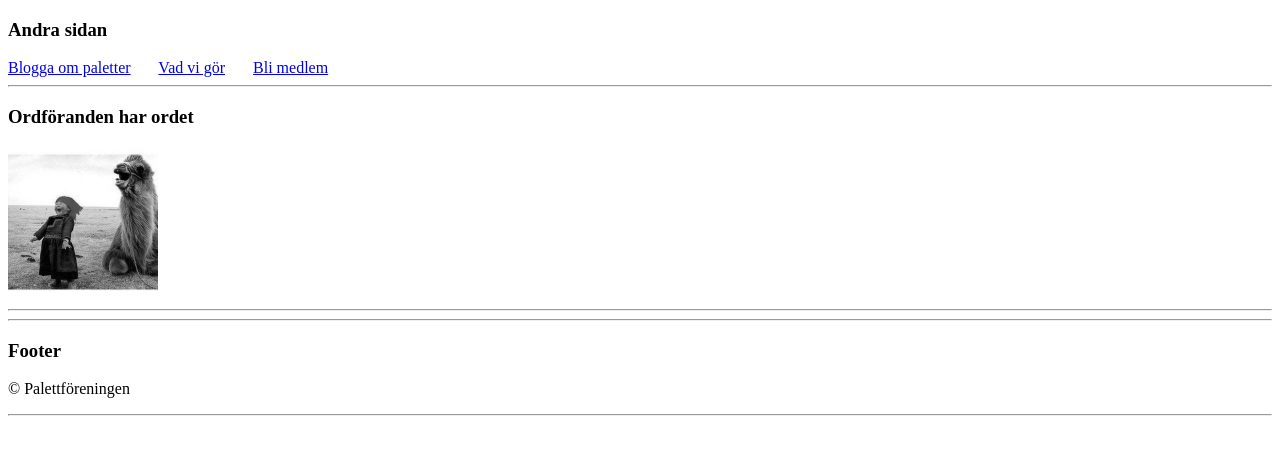
Repository: Webutveckling-20-21/Uppgift-1
Page: verksamheten.html
The author's editor kept a copy of each file at every save. The page is drawn from the files as they stood at one save, then again after a run of saves.
The browser window is 1280 px wide. The pictures show the whole page.

Above is the page before, as saved 2021-09-07 11:38:41.

### verksamheten.html
<!-- Här alla måsten i huvudet såsom språk och språkkodning mm -->
<!DOCTYPE html>
<html lang="sv">


<head>
    <meta charset="UTF-8">
    <meta name="viewport" content="width=device-width, initial-scale=1.0">
    <title>verksamheten</title>
</head>

<body>
    <header>
        <h3>Andra sidan</h3>
        <!-- Här läggs alla länkar-->
        <a href="blogg.html">Blogga om paletter</a>&nbsp;&nbsp;&nbsp;&nbsp;&nbsp;&nbsp;
        <a href="verksamheten.html">Vad vi gör</a>&nbsp;&nbsp;&nbsp;&nbsp;&nbsp;&nbsp;
        <a href="medlemskap.html">Bli medlem</a>
    </header>
    <hr>
    <main>
         <article>

            <h3>Ordföranden har ordet</h3>

            <img src="images/ordförande pa excursion.jpg" width="150" height="150" alt="Ordförande berättar." >
        </article>

    </main>
    <hr>
    <aside>






    </aside>
    <hr>
    <footer>

        <h3>Footer</h3>
        <p> &copy; Palettföreningen</p>
    </footer>
    <hr>


</body>

</html>

After the next 2 saves:
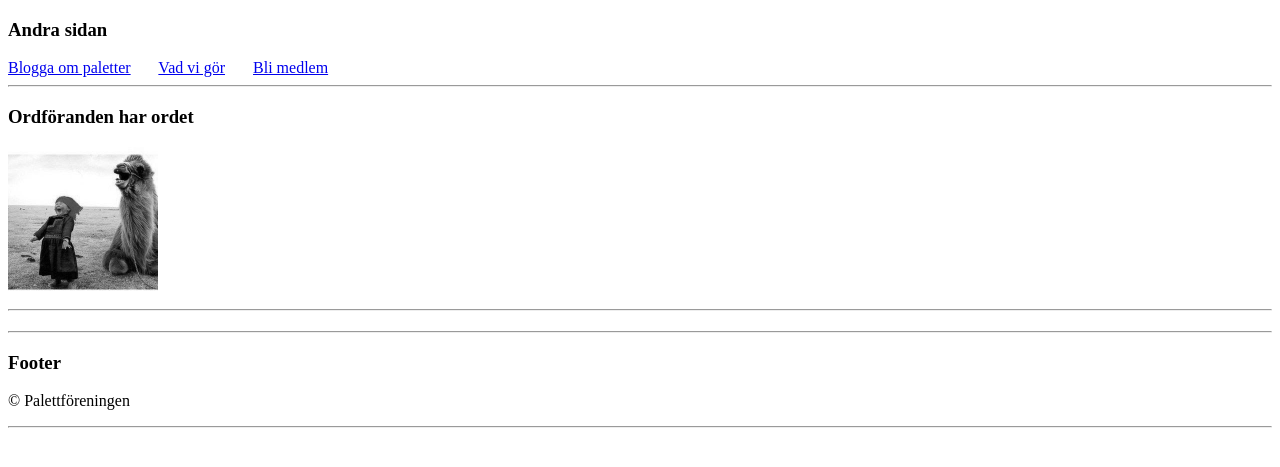
The 2 saves are shown as one change because they came seconds apart.
The last was saved 12 s later.
--- a/verksamheten.html
+++ b/verksamheten.html
@@ -29,7 +29,7 @@
     </main>
     <hr>
     <aside>
-
+        <h2></h2>
 
 
 
